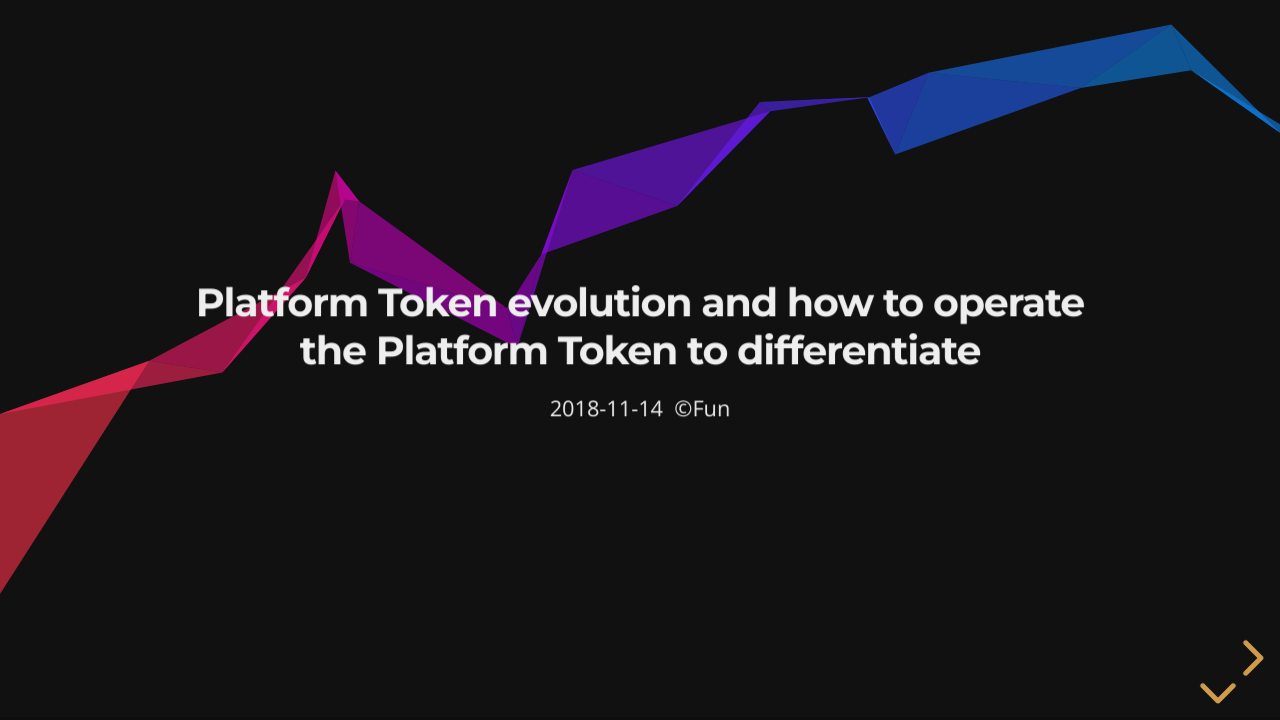
Repository: RickFang666/reveal-ppt
Page: index.html
These files come from the project's save history. The page is drawn as it stood at one moment and after the next save; the edit follows.
The browser window is 1280 px wide. The pictures show the whole page.

Above is the page before, as saved 2018-11-13 10:51:46.

### index.html
<!DOCTYPE html>
<html>
  <head>
    <meta charset="utf-8" />
    <meta
      name="viewport"
      content="width=device-width, initial-scale=1.0, maximum-scale=1.0, user-scalable=no"
    />

    <title>reveal.js</title>

    <link rel="stylesheet" href="css/reveal.css" />
    <link rel="stylesheet" href="css/theme/night.css" />

    <!-- Theme used for syntax highlighting of code -->
    <link rel="stylesheet" href="lib/css/zenburn.css" />
    <link rel="stylesheet" href="css/print/paper.css" />
    <link rel="stylesheet" href="css/custom.css" />
    <!-- Printing and PDF exports -->
    <!--
      <script>
      	var link = document.createElement('link');
      	link.rel = 'stylesheet';
      	link.type = 'text/css';
      	link.href = window.location.search.match(/print-pdf/gi) ? 'css/print/pdf.css' : 'css/print/paper.css';
      	document.getElementsByTagName('head')[0].appendChild(link);
      </script>
    -->
    <style>
      canvas {
        position: absolute;
        top: 0;
        left: 0;
        z-index: 1;
        width: 100%;
        height: 100%;
        pointer-events: none;
      }
    </style>
  </head>

  <body>
    <canvas></canvas>
    <div class="reveal">
      <div class="slides">
        <section>
          <section>
            <h6>
              Platform Token evolution and how to operate the Platform Token to
              differentiate
            </h6>
            <p class="fs-22">2018-11-14&nbsp;&nbsp;©Fun</p>
          </section>
          <section><h4>进步始于交流，收获源于分享</h4></section>
          <!--
            <section>
            	<h4>主题：WEB技术分享与交流</h4>
            	<h4>时间：周五16：00 - 17：00</h4>
            </section>
            <section>
            	<h4 class='ta-l'>会议章程</h4>
            	<ol>
            		<li>主讲人分享技术心得等，30分钟左右</li>
            		<li>组员依次提出本周遇到的技术问题，20分钟左右</li>
            		<li>暂定为自由讨论，10分钟左右</li>
            	</ol>
            </section>
          -->
        </section>
        <section>进入主题</section>
        <section data-markdown>
          <script type="text/template">
            <p class='ta-c'>浅谈React16新特性</p>
            * error boundaries
            * portals
            * render方法新增返回类型
            * 支持自定义DOM属性
            * 更好的服务器端渲染
            * 新的打包策略
            <!-- * MIT许可和新的核心架构 -->
          </script>
        </section>
        <section>
          <section data-markdown class="ta-l">
            <script type="text/template">
              <p class='ta-c'>Better Error Handling</p>
              &emsp;&emsp;之前，组件渲染过程中的运行时错误可能会使应用处于故障状态，产生隐蔽的错误消息并需要刷新页面才能恢复。为了解决这个问题，React16 使用更灵活的错误处理策略。默认情况下，如果在组件的渲染或生命周期方法中引发错误，将会从根节点卸载整个组件树。这可以防止显示损坏的数据，但是，这可能不是理想的用户体验。
            </script>
          </section>
          <section data-markdown class="ta-l">
            <script type="text/template">
              部分UI中的JavaScript错误不应该破坏整个应用程序。为了解决这个问题，React16 引入了error boundaries，中文译为"错误边界"的新概念。
            </script>
          </section>
          <section data-markdown class="ta-l">
            <script type="text/template">
              错误边界是一种特殊的React组件，可以在其子组件树中的任何位置捕获JavaScript错误，记录这些错误并显示回退UI，而不是崩溃的组件树。
            </script>
          </section>
          <section data-markdown class="ta-l">
            <script type="text/template">
              <p>React16 新增生命周期：`componentDidCatch`</p>
              如果一个类组件定义了该生命周期方法，它将成为一个错误边界。
            </script>
          </section>
          <section data-markdown class="ta-l">
            <script type="text/template">
              ```
              // 最佳实践
              class ErrorBoundary extends React.Component {
              	state = {
              	  hasError: false
              	};
              	componentDidCatch(error, info) {
              	  this.setState({ hasError: true });
              	}
              	render() {
              	  if (this.state.hasError) {
              		return <h1>Something went wrong.</h1>;
              	  }
              	  return this.props.children;
              	}
              }
              ```
            </script>
          </section>
          <section data-markdown class="ta-l">
            <script type="text/template">
              ```
              // 作为常规组件使用
              <ErrorBoundary>
              	<App />
              </ErrorBoundary>
              ```
            </script>
          </section>
          <section data-markdown class="ta-l">
            <script type="text/template">
              <p class='ta-c'>Portals</p>
              <p>&emsp;&emsp;Portals，中文可以理解为"传送门"，提供了一种一流的方法来将子组件渲染到父组件的 DOM 结构之外的DOM节点中。默认情况下，React组件树和DOM树是完全对应的，对于一些 Modal , Overlay 之类的组件实现，通常是将它们放在顶层，但逻辑上它们可能只是属于某个子组件，这不利于组件的结构组织。</p>
            </script>
          </section>
          <section data-markdown class="ta-l">
            <script type="text/template">
              ```
              ReactDOM.createPortal(child, container)
              ```
            </script>
          </section>
          <section data-markdown class="ta-l">
            <script type="text/template">
              通过使用 `React.createPortal` ，我们可以将组件渲染到我们想要的任意DOM节点中，但它依然存在于React树中。因此，该组件的行为与其它普通组件相似，在portal内部触发的事件也将传播到父组件。对于组件划分来说，这是一个很棒的特性。
            </script>
          </section>
          <section data-markdown class="ta-l">
            <script type="text/template">
              <p class='ta-c'>New render return types</p>
              React16 添加了新的返回类型：fragments and strings
            </script>
          </section>
          <section data-markdown class="ta-l">
            <script type="text/template">
              * fragments
              <br/>
              React16 支持在组件的render方法中返回一组元素。与其它数组一样，需要为每个元素添加一个唯一的key值以避免警告：
              ```
              render() {
              	// No need to wrap list items in an extra element!
              	return [
              	  // Don't forget the keys
              	  <li key="A">First item</li>,
              	  <li key="B">Second item</li>,
              	  <li key="C">Third item</li>,
              	];
              }
              ```
            </script>
          </section>
          <section data-markdown class="ta-l">
            <script type="text/template">
              从React16.2.0 开始，进一步提高对 JSX特殊片段语法的支持。
              ```
              render() {
              	return (
              	  <>
              		<ChildA />
              		<ChildB />
              		<ChildC />
              	  </>
              	);
              }
              ```
            </script>
          </section>
          <section data-markdown class="ta-l">
            <script type="text/template">
              * string
              <br/>
              React16 支持在组件的render方法中返回字符串：
              ```
              render() {
              	return 'Look ma, no spans!';
              }
              ```
            </script>
          </section>
          <section data-markdown class="ta-l">
            <script type="text/template">
              <p class='ta-l'>所有支持的完整返回类型列表：</p>

              * react elements (jsx)
              * string
              * numbers
              * booleans
              * null
              * fragments
              * portals
            </script>
          </section>
          <section data-markdown class="ta-l">
            <script type="text/template">
              <p class='ta-c'>Support for custom DOM attributes</p>
              &emsp;&emsp;在之前的版本中，React会忽略无法识别的HTML和SVG属性，如果您使用React无法识别的属性编写JSX，则React将跳过它。
            </script>
          </section>
          <section data-markdown class="ta-l">
            <script type="text/template">
              ```
              // Your code:
              <div mycustomattribute="something" />
              ```
              ```
              // React 15 output:
              <div />
              ```
              ```
              // React 16 output:
              <div mycustomattribute="something" />
              ```
            </script>
          </section>
          <section data-markdown class="ta-l">
            <script type="text/template">
              现在，React16 不再忽略无法识别的HTML和SVG属性，而将它们直接传递给DOM。这个改动让React去掉了大部分的属性白名单，从而减小了文件大小。
            </script>
          </section>
          <!--
            <section data-markdown class='ta-l'>
            	<script type='text/template'>
            		<p>注意，您仍然应该使用规范的React命名来获取已知属性。</p>
            	</script>
            </section>
          -->
          <section data-markdown class="ta-l">
            <script type="text/template">
              <p class='ta-c'>Better server-side rendering</p>
              &emsp;&emsp;React16 包含一个完全重写的SSR。新的实现非常快，接近3倍性能于React15 ，现在提供一种流模式streaming，可以更快地把渲染的字节发送到客户端。
            </script>
          </section>
          <section data-markdown class="ta-l">
            <script type="text/template">
              另外，React16 在hydrating ( 注：指客户端基于服务器返回的HTML再次重新渲染）方面表现的更好，它不再要求初始渲染与服务器的结果完全匹配。相反，它会尝试尽可能多地重用现有的DOM。没有更多的校验和！一般来说，不建议在服务器和客户端渲染不同的内容，但在某些情况下（如时间戳）可能会有用。
            </script>
          </section>
          <section data-markdown class="ta-l">
            <script type="text/template">
              <p class='ta-c'>Reduced file size</p>
              &emsp;&emsp;React16 的体积比上个版本减小了32%
              * react is 5.3 kb (2.2 kb gzipped), down from 20.7 kb (6.9 kb gzipped).
              * react-dom is 103.7 kb (32.6 kb gzipped), down from 141 kb (42.9 kb gzipped).
              * react + react-dom is 109 kb (34.8 kb gzipped), down from 161.7 kb (49.8 kb gzipped).
            </script>
          </section>
          <section data-markdown class="ta-l">
            <script type="text/template">
              React体积的减小由于使用了新的打包策略，现在去掉了process.env检查，并且使用Rollup作为打包工具。
            </script>
          </section>
          <!--
            <section data-markdown>
            	<script type='text/template'>
            		<p class='ta-c'>Fiber</p>
            		<p class='ta-l'>&emsp;&emsp;React 16采用了新的核心架构 " Fiber " ,Facebook官方声称：Fiber是对核心算法的一次重新实现，我们改写了React。</p>
            	</script>
            </section>
          -->
        </section>
        <section>
          <section data-markdown>
            <script type="text/template">
              <p class='ta-c'>扩展</p>
              * 组件生命周期变更
              * createRef API
              * forwardRef API
              * Official Context API
              * StrictMode Component
            </script>
          </section>
        </section>
        <section>
          <section data-markdown>
            <script type="text/template">
              <p class='ta-c'>组件生命周期变更</p>
              <p class='ta-c'>未来的React版本将启用异步渲染更新</p>
            </script>
          </section>
          <section data-markdown>
            <script type="text/template">
              <p class='ta-l'>* 16.3：添加3个UNSAFE前缀的生命周期</p>
              ```
              UNSAFE_componentWillMount(){}

              UNSAFE_componentWillReceiveProps(nextProps){}

              UNSAFE_componentWillUpdate(nextProps,nextState){}
              ```
            </script>
          </section>
          <section data-markdown>
            <script type="text/template">
              <p class='ta-l'>* 未来的16.x版本：将对以下生命周期启用弃用警告</p>
              ```
              componentWillMount(){}

              componentWillReceiveProps(nextProps){}

              componentWillUpdate(nextProps,nextState){}
              ```
            </script>
          </section>
          <section data-markdown>
            <script type="text/template">
              <p class='ta-l'>* 17.0：删除以下生命周期</p>
              ```
              componentWillMount(){}

              componentWillReceiveProps(nextProps){}

              componentWillUpdate(nextProps,nextState){}
              ```
            </script>
          </section>
          <section data-markdown>
            <script type="text/template">
              * 新增生命周期：static getDerivedStateFromProps
              ```
              class Example extends React.Component {
              	static getDerivedStateFromProps(nextProps, prevState) {
              	  // ...
              	}
              }
              ```
            </script>
          </section>
          <section data-markdown>
            <script type="text/template">
              <p class='ta-l'>&emsp;&emsp;The new static getDerivedStateFromProps lifecycle is invoked after a component is instantiated as well as when it receives new props. It can return an object to update state, or null to indicate that the new props do not require any state updates.</p>
            </script>
          </section>
          <section data-markdown>
            <script type="text/template">
              <p class='ta-l'>&emsp;&emsp;Together with componentDidUpdate, this new lifecycle should cover all use cases for the legacy componentWillReceiveProps.</p>
            </script>
          </section>
          <section data-markdown>
            <script type="text/template">
              * 新增生命周期： getSnapshotBeforeUpdate
              ```
              class Example extends React.Component {
              	getSnapshotBeforeUpdate(prevProps, prevState) {
              	  // ...
              	}
              }
              ```
            </script>
          </section>
          <section data-markdown>
            <script type="text/template">
              <p class='ta-l'>&emsp;&emsp;The new getSnapshotBeforeUpdate lifecycle is called right before mutations are made (e.g. before the DOM is updated). The return value for this lifecycle will be passed as the third parameter to componentDidUpdate. (This lifecycle isn’t often needed, but can be useful in cases like manually preserving scroll position during rerenders.)</p>
            </script>
          </section>
          <section data-markdown>
            <script type="text/template">
              <p class='ta-l'>&emsp;&emsp;Together with componentDidUpdate, this new lifecycle should cover all use cases for the legacy componentWillUpdate.</p>
            </script>
          </section>
          <section data-markdown>
            <script type="text/template">
              <p class='ta-c'>createRef API</p>
              <p class='ta-l'>&emsp;&emsp;Previously, React provided two ways of managing refs: the legacy string ref API and the callback API. Although the string ref API was the more convenient of the two, it had several downsides and so our official recommendation was to use the callback form instead.</p>
            </script>
          </section>
          <section data-markdown>
            <script type="text/template">
              <p class='ta-l'>&emsp;&emsp;Version 16.3 adds a new option for managing refs that offers the convenience of a string ref without any of the downsides:</p>
            </script>
          </section>
          <section data-markdown>
            <script type="text/template">
              ```
              class MyComponent extends React.Component {
              	constructor(props) {
              	  super(props);

              	  this.inputRef = React.createRef();
              	}

              	render() {
              	  return <input type="text" ref={this.inputRef} />;
              	}

              	componentDidMount() {
              	  this.inputRef.current.focus();
              	}
              }
              ```
            </script>
          </section>
          <section data-markdown>
            <script type="text/template">
              <p class='ta-c'>forwardRef API</p>
              <p class='ta-l'>&emsp;&emsp;Generally, React components are declarative, but sometimes imperative access to the component instances and the underlying DOM nodes is necessary. This is common for use cases like managing focus, selection, or animations. React provides refs as a way to solve this problem. However, component encapsulation poses some challenges with refs.</p>
            </script>
          </section>
          <section data-markdown>
            <script type="text/template">
              <p class='ta-l'>&emsp;&emsp;For example, if you replace a `<button>` with a custom `<FancyButton>` component, the ref attribute on it will start pointing at the wrapper component instead of the DOM node (and would be null for functional components). While this is desirable for “application-level” components like FeedStory or Comment that need to be encapsulated, it can be annoying for “leaf” components such as FancyButton or MyTextInput that are typically used like their DOM counterparts, and might need to expose their DOM nodes.</p>
            </script>
          </section>
          <section data-markdown>
            <script type="text/template">
              <p class='ta-l'>&emsp;&emsp;Ref forwarding is a new opt-in feature that lets some components take a ref they receive, and pass it further down (in other words, “forward” it) to a child. In the example below, FancyButton forwards its ref to a DOM button that it renders:</p>
            </script>
          </section>
          <section data-markdown>
            <script type="text/template">
              ```
              const FancyButton = React.forwardRef((props, ref) => (
              	<button ref={ref} className="FancyButton">
              	  {props.children}
              	</button>
              ));

              // You can now get a ref directly to the DOM button:
              const ref = React.createRef();
              <FancyButton ref={ref}>Click me!</FancyButton>;
              ```
            </script>
          </section>
          <section data-markdown>
            <script type="text/template">
              <p class='ta-l'>&emsp;&emsp;This way, components using FancyButton can get a ref to the underlying button DOM node and access it if necessary—just like if they used a DOM button directly.Ref forwarding is not limited to “leaf” components that render DOM nodes. If you write higher order components, we recommend using ref forwarding to automatically pass the ref down to the wrapped class component instances.</p>
            </script>
          </section>
          <section data-markdown>
            <script type="text/template">
              <p class='ta-c'>Official Context API</p>
              <p class='ta-l'>&emsp;&emsp;For many years, React has offered an experimental API for context. Although it was a powerful tool, its use was discouraged because of inherent problems in the API, and because we always intended to replace the experimental API with a better one.</p>
            </script>
          </section>
          <section data-markdown>
            <script type="text/template">
              <p class='ta-l'>&emsp;&emsp;Version 16.3 introduces a new context API that is more efficient and supports both static type checking and deep updates.Here is an example illustrating how you might inject a “theme” using the new context API:</p>
            </script>
          </section>
          <section data-markdown>
            <script type="text/template">
              ```
              const ThemeContext = React.createContext('light');

              class ThemeProvider extends React.Component {
                state = { theme: 'light' };
                render() {
              	return (
              	  <ThemeContext.Provider value={this.state.theme}>
              		{this.props.children}
              	  </ThemeContext.Provider>
              	);
                }
              }

              class ThemedButton extends React.Component {
                render() {
              	return (
              	  <ThemeContext.Consumer>
              		{theme => <Button theme={theme} />}
              	  </ThemeContext.Consumer>
              	);
                }
              }
              ```
            </script>
          </section>
          <section data-markdown>
            <script type="text/template">
              <p class='ta-c'>StrictMode Component</p>
              <p class='ta-l'>&emsp;&emsp;StrictMode is a tool for highlighting potential problems in an application. Like Fragment, StrictMode does not render any visible UI. It activates additional checks and warnings for its descendants.</p>
            </script>
          </section>
          <section data-markdown>
            <script type="text/template">
              <p class='ta-l'>&emsp;&emsp;Although it is not possible for strict mode to catch all problems (e.g. certain types of mutation), it can help with many. If you see warnings in strict mode, those things will likely cause bugs for async rendering.</p>
            </script>
          </section>
          <section data-markdown>
            <script type="text/template">
              <p class='ta-l'>In version 16.3, StrictMode helps with:</p>
              * Identifying components with unsafe lifecycles
              * Warning about legacy string ref API usage
              * Detecting unexpected side effects
            </script>
          </section>
          <section data-markdown>
            <script type="text/template">
              <p class='ta-l'>StrictMode checks are run in development mode only; they do not impact the production build.</p>
            </script>
          </section>
        </section>
        <section><h2>Thank you !</h2></section>
      </div>
    </div>
    <script>
      document.addEventListener('touchmove', function(e) {
        e.preventDefault()
      })
      var c = document.getElementsByTagName('canvas')[0],
        x = c.getContext('2d'),
        pr = window.devicePixelRatio || 1,
        w = window.innerWidth,
        h = window.innerHeight,
        f = 90,
        q,
        m = Math,
        r = 0,
        u = m.PI * 2,
        v = m.cos,
        z = m.random
      c.width = w * pr
      c.height = h * pr
      x.scale(pr, pr)
      x.globalAlpha = 0.6
      function i() {
        x.clearRect(0, 0, w, h)
        q = [{ x: 0, y: h * 0.7 + f }, { x: 0, y: h * 0.7 - f }]
        while (q[1].x < w + f) d(q[0], q[1])
      }
      function d(i, j) {
        x.beginPath()
        x.moveTo(i.x, i.y)
        x.lineTo(j.x, j.y)
        var k = j.x + (z() * 2 - 0.25) * f,
          n = y(j.y)
        x.lineTo(k, n)
        x.closePath()
        r -= u / -50
        x.fillStyle =
          '#' +
          (
            ((v(r) * 127 + 128) << 16) |
            ((v(r + u / 3) * 127 + 128) << 8) |
            (v(r + (u / 3) * 2) * 127 + 128)
          ).toString(16)
        x.fill()
        q[0] = q[1]
        q[1] = { x: k, y: n }
      }
      function y(p) {
        var t = p + (z() * 2 - 1.1) * f
        return t > h || t < 0 ? y(p) : t
      }
      document.onclick = i
      document.ontouchstart = i
      document.onkeydown = i
      i()
    </script>
    <script src="lib/js/head.min.js"></script>
    <script src="js/reveal.js"></script>

    <script>
      // More info about config & dependencies:
      // - https://github.com/hakimel/reveal.js#configuration
      // - https://github.com/hakimel/reveal.js#dependencies
      Reveal.initialize({
        dependencies: [
          { src: 'plugin/markdown/marked.js' },
          { src: 'plugin/markdown/markdown.js' },
          { src: 'plugin/notes/notes.js', async: true },
          {
            src: 'plugin/highlight/highlight.js',
            async: true,
            callback: function() {
              hljs.initHighlightingOnLoad()
            }
          }
        ]
      })
    </script>
  </body>
</html>

### css/custom.css
.fs-22{
    font-size:22px!important;
}

.ta-l{
    text-align: left;
}

.ta-c{
    text-align: center;
}

.fr{
    float: right;
}

Loaded but not shown: lib/css/zenburn.css (common file); lib/js/head.min.js (library); js/reveal.js (library); plugin/markdown/marked.js (library); plugin/markdown/markdown.js (library); plugin/notes/notes.js (library); plugin/highlight/highlight.js (library); lib/font/league-gothic/league-gothic.css (common file); css/reveal.css (1555 lines, source omitted); css/theme/league.css (270 lines, source omitted); css/theme/night.css (262 lines, source omitted); css/print/paper.css (203 lines, source omitted)

After the next save:
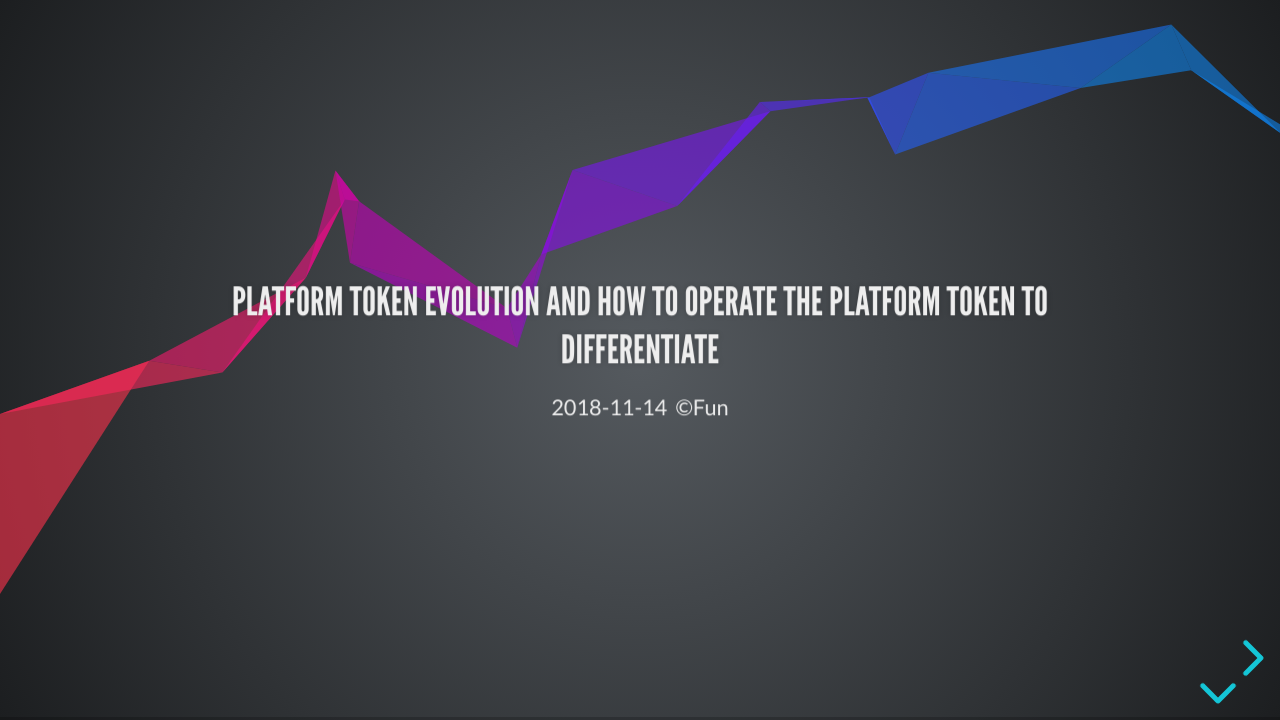
Saved 22 s later.
--- a/index.html
+++ b/index.html
@@ -10,7 +10,7 @@
     <title>reveal.js</title>
 
     <link rel="stylesheet" href="css/reveal.css" />
-    <link rel="stylesheet" href="css/theme/night.css" />
+    <link rel="stylesheet" href="css/theme/league.css" />
 
     <!-- Theme used for syntax highlighting of code -->
     <link rel="stylesheet" href="lib/css/zenburn.css" />
